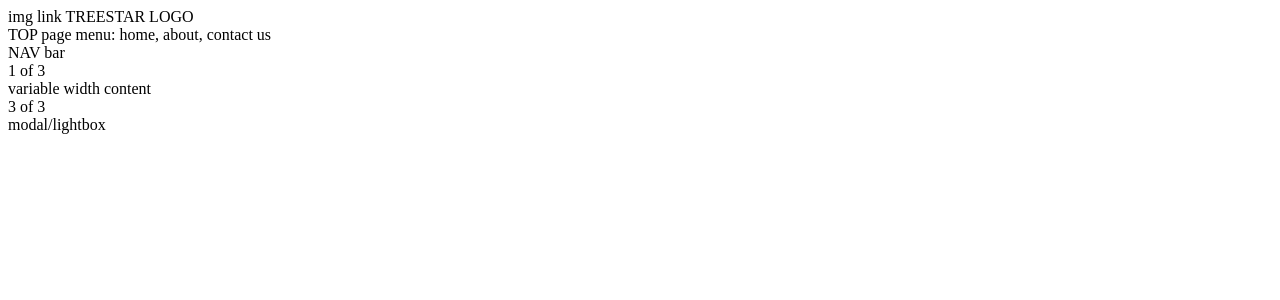
Repository: Treestr/classroom-assistant
Page: templates/homepage.html
The author's editor kept a copy of each file at every save. The page is drawn from the files as they stood at one save, then again after a run of saves.
The browser window is 1280 px wide. The pictures show the whole page.
The template is drawn by Flask 3. The application's start-up code is not run. The template is opened directly, without the code that normally fills it, so the values that code supplies are empty.

Above is the page before, as saved 2024-04-21 22:24:27.

After the next 3 saves:
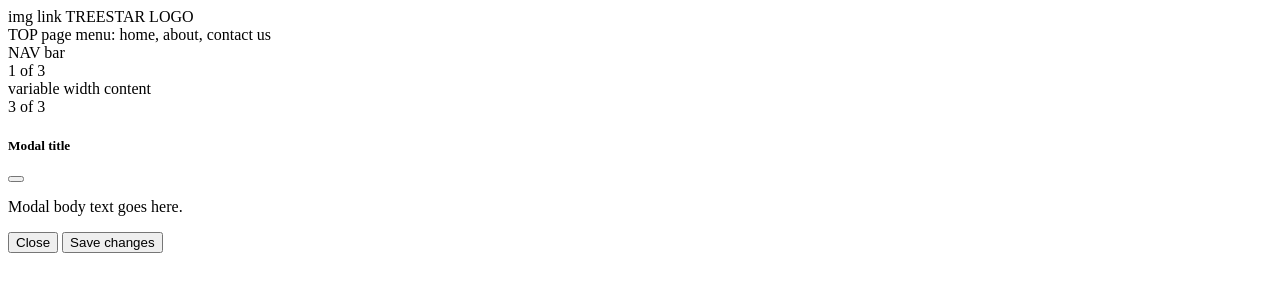
The 3 saves are shown as one change because they came seconds apart.
The last was saved 10 s later.
--- a/templates/homepage.html
+++ b/templates/homepage.html
@@ -25,4 +25,21 @@
 
 
 
-modal/lightbox
+<!-- modal/lightbox sample -->
+<div class="modal" tabindex="-1">
+  <div class="modal-dialog">
+    <div class="modal-content">
+      <div class="modal-header">
+        <h5 class="modal-title">Modal title</h5>
+        <button type="button" class="btn-close" data-bs-dismiss="modal" aria-label="Close"></button>
+      </div>
+      <div class="modal-body">
+        <p>Modal body text goes here.</p>
+      </div>
+      <div class="modal-footer">
+        <button type="button" class="btn btn-secondary" data-bs-dismiss="modal">Close</button>
+        <button type="button" class="btn btn-primary">Save changes</button>
+      </div>
+    </div>
+  </div>
+</div>
